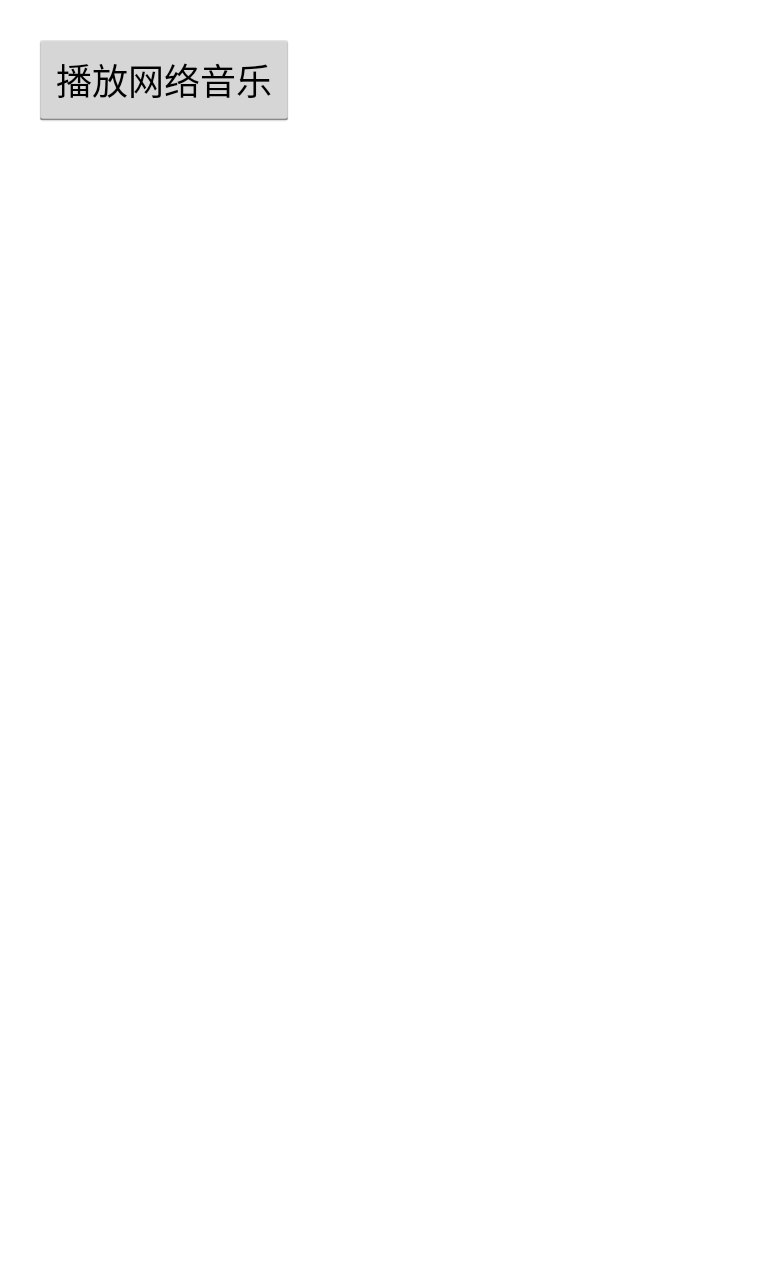
Repository: xfhy/Usually-learn-Android
Layout: 多媒体/6.播放音频/res/layout/activity_main.xml
The author's editor kept a copy of each file at every save. The layout is drawn from the files as they stood at one save, then again after the next save.
It is drawn on a 768 x 1280 px phone screen (xhdpi) without system bars, with theme AppTheme; the app's code is not run.

Above is the layout before, as saved 2017-02-09 09:37:07.

### 多媒体/6.播放音频/res/layout/activity_main.xml
<RelativeLayout xmlns:android="http://schemas.android.com/apk/res/android"
    xmlns:tools="http://schemas.android.com/tools"
    android:layout_width="match_parent"
    android:layout_height="match_parent"
    android:paddingBottom="@dimen/activity_vertical_margin"
    android:paddingLeft="@dimen/activity_horizontal_margin"
    android:paddingRight="@dimen/activity_horizontal_margin"
    android:paddingTop="@dimen/activity_vertical_margin"
    tools:context="com.itheima.playmusic.MainActivity$PlaceholderFragment" >

    <Button
        android:id="@+id/bt_"
        android:layout_width="wrap_content"
        android:layout_height="wrap_content"
        android:text="播放网络音乐" />

</RelativeLayout>

Loaded but not shown: 多媒体/6.播放音频/res/values/styles.xml (common file); 多媒体/6.播放音频/res/values-v11/styles.xml (common file); 多媒体/6.播放音频/res/values-v14/styles.xml (common file); 多媒体/6.播放音频/res/values/dimens.xml (common file); 多媒体/6.播放音频/res/values-w820dp/dimens.xml (common file)

After the next save:
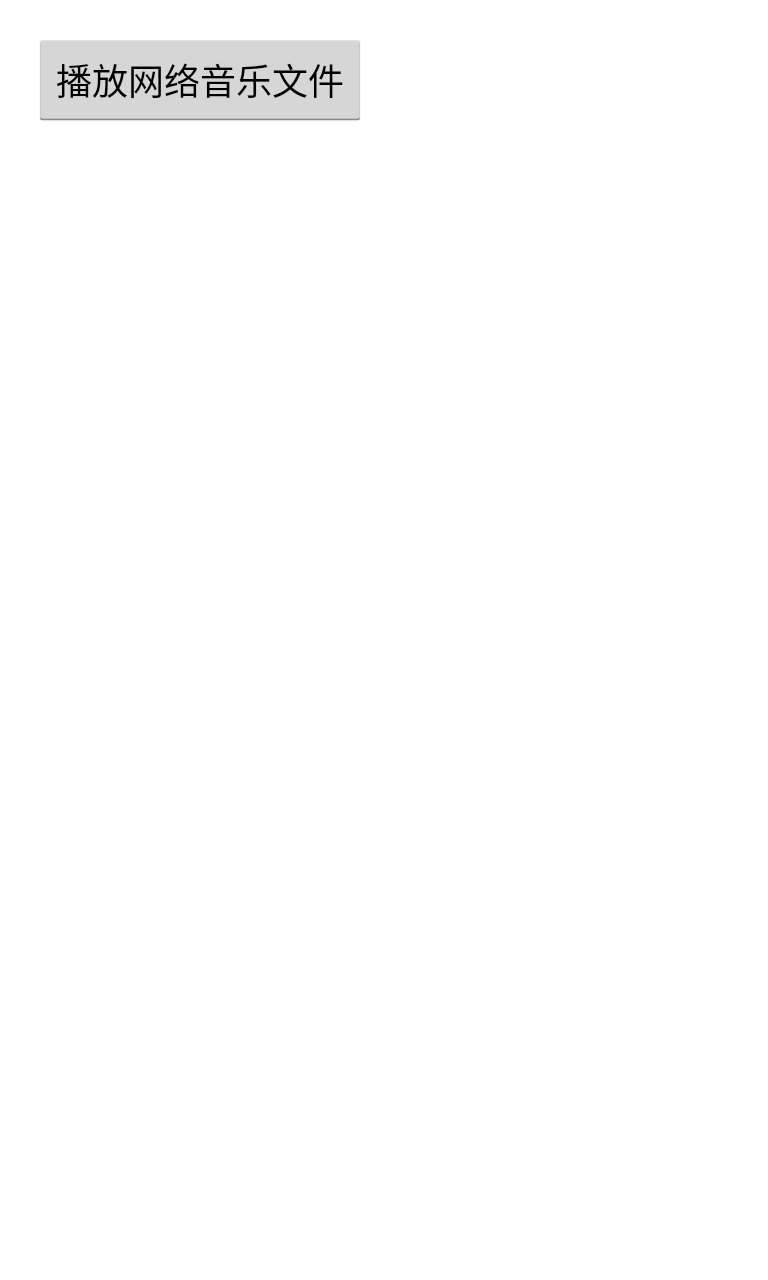
Saved 5 s later.
--- a/多媒体/6.播放音频/res/layout/activity_main.xml
+++ b/多媒体/6.播放音频/res/layout/activity_main.xml
@@ -12,6 +12,6 @@
         android:id="@+id/bt_"
         android:layout_width="wrap_content"
         android:layout_height="wrap_content"
-        android:text="播放网络音乐" />
+        android:text="播放网络音乐文件" />
 
 </RelativeLayout>
